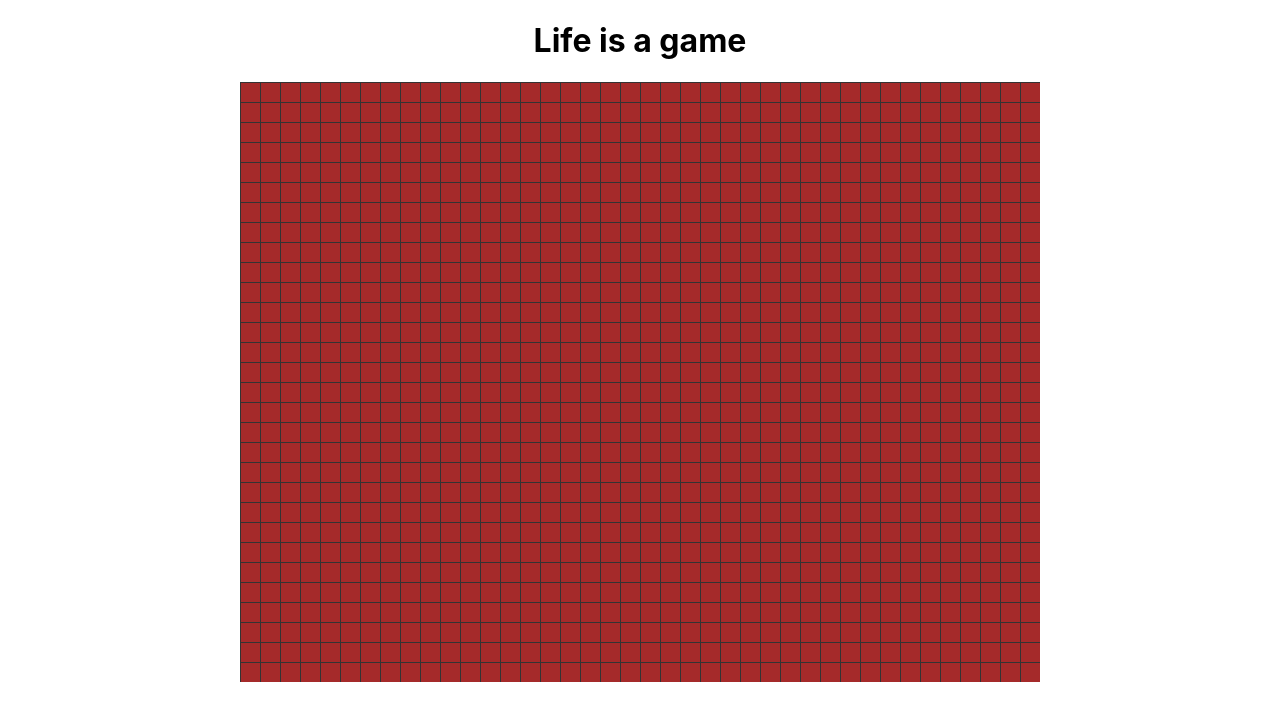
Repository: philipep-galdino/game-of-life
Page: /
These files come from the project's save history. The page is drawn as it stood at one moment and after the next save; the edit follows.
The browser window is 1280 px wide. The pictures show the whole page.
The project was rebuilt for these pictures with package versions that can differ from the ones it lists, and the page was loaded fresh each time.

Above is the page before, as saved 2020-06-17 22:35:57.

### src/App.js
import React from 'react';
import './App.css';
import Game from './Game.js'

function App() {
  return (
    <div className="App">
      <h1>Life is a game</h1>
      <Game />
    </div>
  );
}

export default App;

### src/Game.js
import React from 'react';
import './Game.css';

const cellSize = 20;
const width = 800;
const height = 600;

class Cell extends React.Component {
    render() {
        const { x, y } = this.props;
        return(
            <div className='Cell'
            style={{
                left: `${cellSize * x + 1}px`,
                top: `${cellSize * y + 1}px`,
                width: `${cellSize -1}px`,
                height: `${cellSize -1}px`,
            }}/>
        );
    }
}

class Game extends React.Component {
    constructor() {
        super();

        this.rows = height / cellSize;
        this.cols = width / cellSize;
        this.board = this.createEmptyBoard();

    }

    state = {
        cells: [],
    }

    createEmptyBoard() {
        let board = [];
        for (let y = 0; y < this.rows; y++) {
            board[y] = [];

            for (let x = 0; x < this.cols; x++) {
                board[y][x] = false;

            }
        }

        return board;
    }

    createCells() {

        // generates cells according to the board state

        // it generates cells once the board state is
        // updated

        let cells = [];
        for (let y = 0; y < this.rows; y++) {
            for (let x = 0; x < this.cols; x++) {
                if(this.board[y][x]) {
                    cells.push({x, y});
                }
            }
        }

        return cells;
    }

    getElementOffset() {

        // calculate and gets the board element's position

        const rect = this.boardRef.getBoundingClientRect();
        const doc = document.documentElement;

        return {
            x: (rect.left + window.pageXOffset) - doc.clientLeft,
            y: (rect.top + window.pageYOffset) - doc.clientTop,
        };
    }

    handleClick = (event) => {

        // will get the position with the clients click and convert it
        // to a position relative to the board, calculating the cols and rows
        // for the cell clicked on

        const elemOffset = this.getElementOffset();
        const offsetX = event.clientX - elemOffset.x;
        const offsetY = event.clientY - elemOffset.y;
        const x = Math.floor(offsetX / cellSize);
        const y = Math.floor(offsetY / cellSize);

        if (x >= 0 && x <= this.cols && y >= 0 && y <= this.rows) {
            this.board[y][x] = !this.board[y][x];
        }

        this.setState({ cells: this.createCells()});
    }

    render() {
        const { cells } = this.state;
        return (

            <div>
                <div className='Board' style={{ width: width, height: height, backgroundSize: `${cellSize}px ${cellSize}px` }} onClick={this.handleClick} ref={(n) => { this.boardRef = n; }}>
                {cells.map(cell => (
                    <Cell x={cell.x} y={cell.y} key={`${cell.x}, ${cell.y}`} />
                ))}
                </div>
            </div>
        )
    }
}

export default Game;

### src/Game.css
.Board {
    position: relative;
    margin: 0 auto;
    background-color: brown;
    background-image: linear-gradient(#333 1px, transparent 1px), linear-gradient(90deg, #333 1px, transparent 1px)
}

.Cell {
    background: black;
    position: absolute;
}

Loaded but not shown: public/index.html (common file); src/index.js (common file); src/index.css (common file); src/serviceWorker.js (common file); src/App.css (common file)

After the next save:
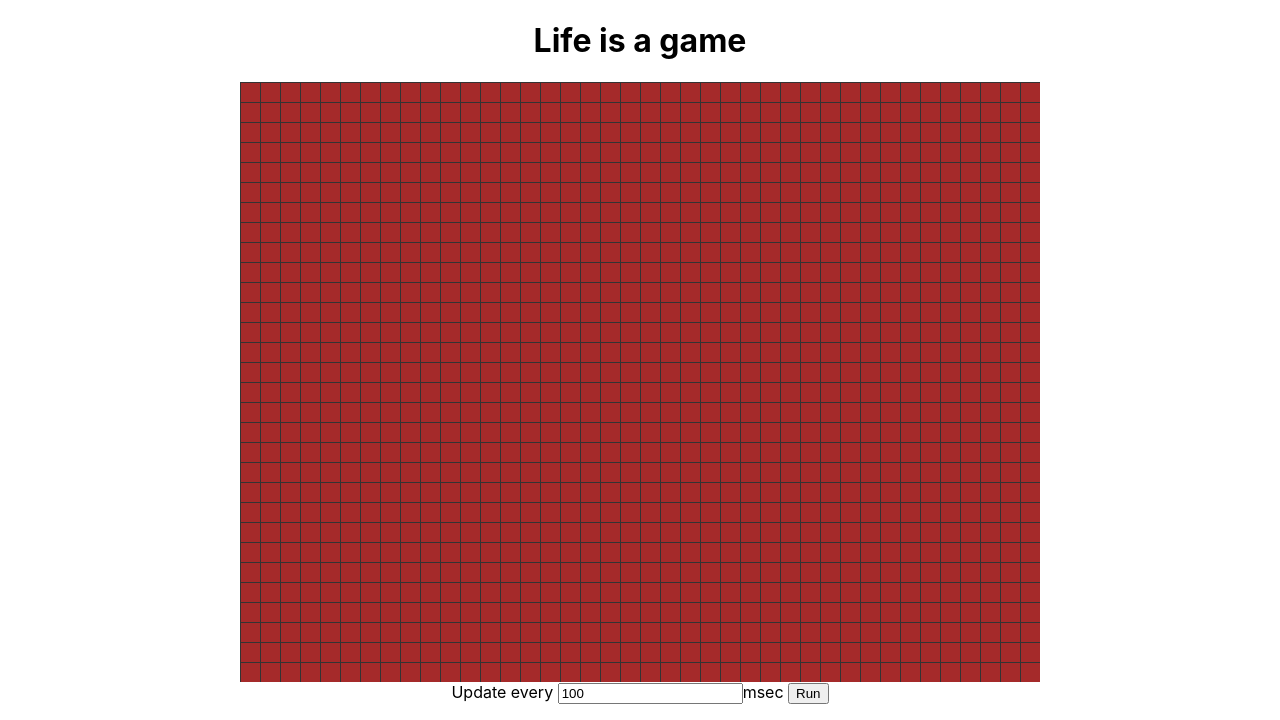
Saved 10 min 6 s later.
--- a/src/Game.js
+++ b/src/Game.js
@@ -32,6 +32,20 @@ class Game extends React.Component {
 
     state = {
         cells: [],
+        interval: 100,
+        isRunning: false,
+    }
+
+    startGame = () => {
+        this.setState({ isRunning: true })
+    }
+
+    stopGame = () => {
+        this.setState({ isRunning: false })
+    }
+
+    handleIntervalChange = (event) => {
+        this.setState({ interval:event.target.value });
     }
 
     createEmptyBoard() {
@@ -109,7 +123,13 @@ class Game extends React.Component {
                     <Cell x={cell.x} y={cell.y} key={`${cell.x}, ${cell.y}`} />
                 ))}
                 </div>
+
+                <div className='controls'>
+                    Update every <input value={this.state.interval} onChange={this.handleIntervalChange} />msec {this.state.isRunning ? <button className='button' onClick={this.stopGame}>Stop</button> : <button className='button' onClick={this.startGame}>Run</button>}
+                </div>
             </div>
+
+
         )
     }
 }
